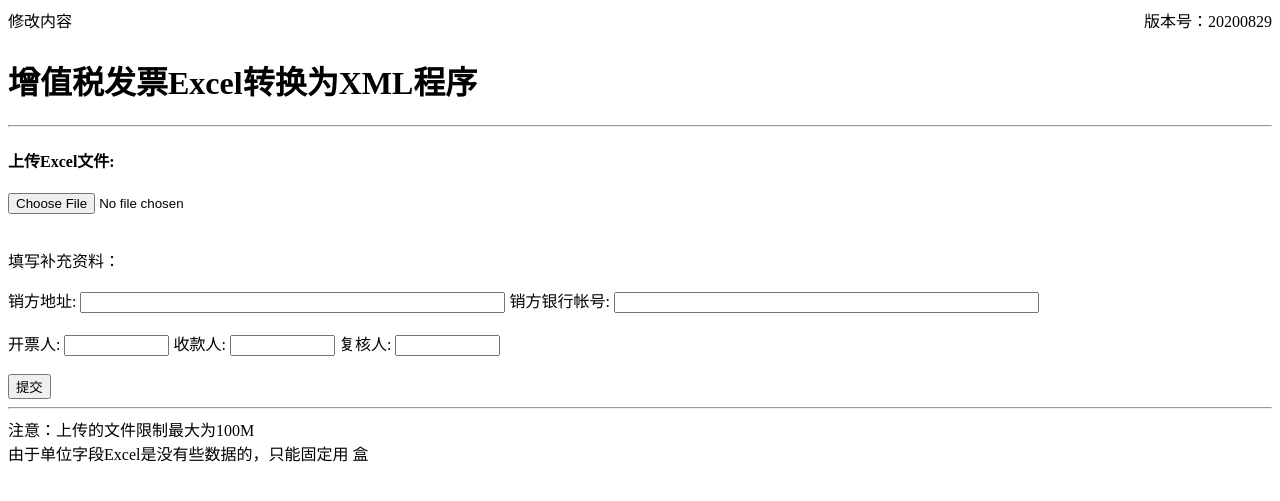
Repository: SFGuile/learnSpringapp
Page: http://localhost/demo/home.jsp
An editor plug-in stored every save of this project. The page is shown before and after the next save, followed by the edit.
The browser window is 1280 px wide. The pictures show the whole page.
The page is served by Tomcat 9.

Above is the page before, as saved 2020-08-29 01:39:10.

After the next save:
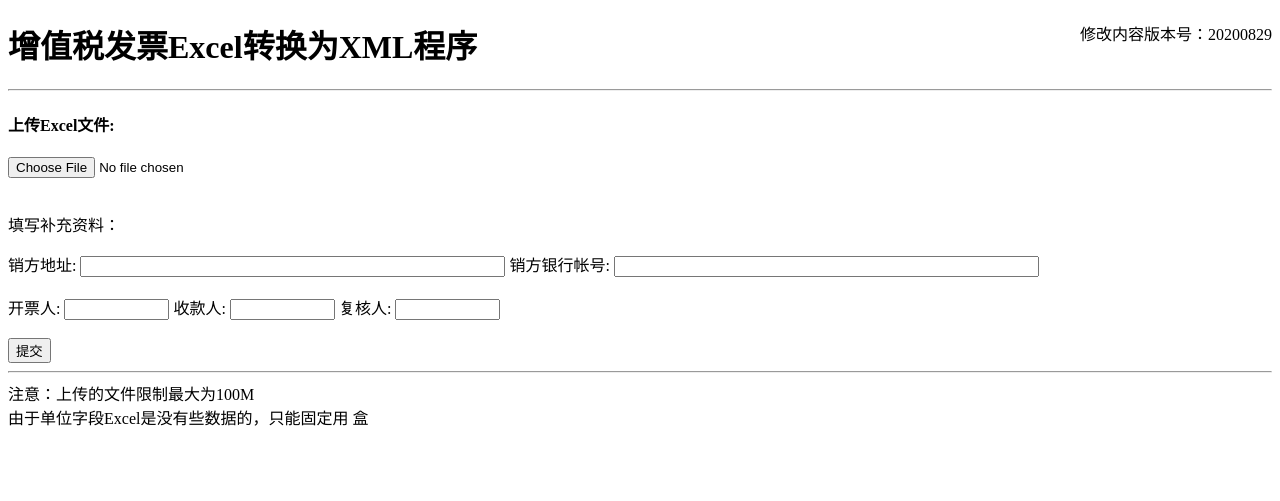
Saved 46 s later.
--- a/demo/src/main/webapp/home.jsp
+++ b/demo/src/main/webapp/home.jsp
@@ -14,8 +14,8 @@
 
     </div>
 
-    <div style="position:relative;right:0px;width:25%;height:28px;">
-                  修改内容
+    <div>
+     <span style="float:right;">  修改内容</br></span>
     </div>
 </div>
 
